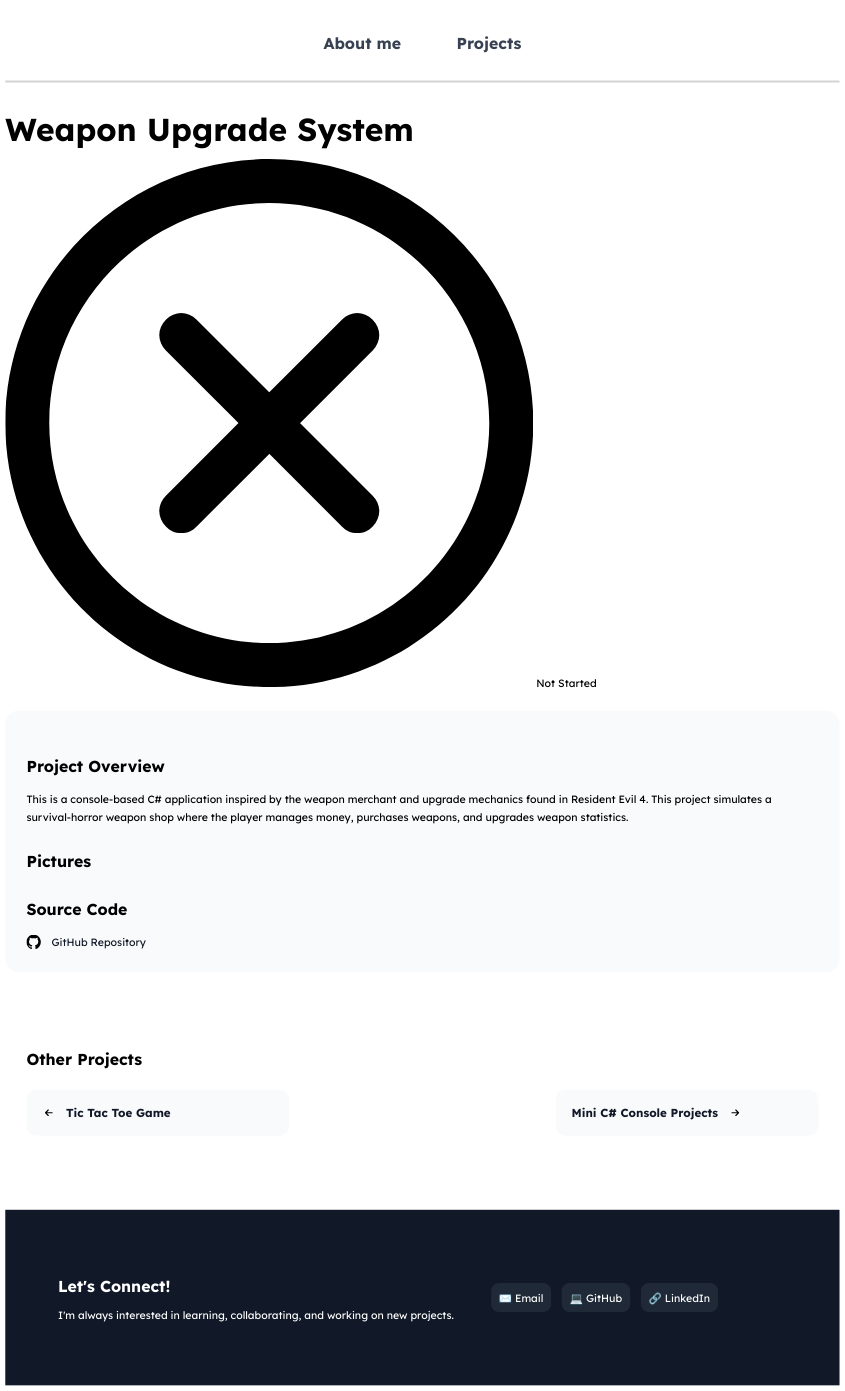
Repository: perrybalaba/perrybalaba
Page: pages/weapon-upgrade.html
The author's editor kept a copy of each file at every save. The page is drawn from the files as they stood at one save, then again after the next save.
The browser window is 1280 px wide. The pictures show the whole page, at 66% of full size.

Above is the page before, as saved 2026-05-14 20:08:08.

### pages/weapon-upgrade.html
<!DOCTYPE html>
<html lang="en">
<head>
    <meta charset="UTF-8">
    <meta name="viewport" content="width=device-width, initial-scale=1.0">
    <title> Perry's Portfolio </title>
    <link rel="stylesheet" href="../styles/projects.css"/>
    <link rel="stylesheet" href="../styles/globals.css"/>
</head>
<body>
    <main>
        <!-- NAVIGATION BAR -->
        <nav class="Nav-Bar">
            <ul>
                <li><a href="../index.html"> About me </a></li>
                <li><a href="../pages/weapon-upgrade.html"> Projects </a></li>
            </ul>
        </nav>
        <!-- INFO -->
        <div class="Project-Info">
            <div class="Project-Info-Container">
                <h2> Weapon Upgrade System </h2>
                <div class="Project-Stats">
                    <span class="Not-Started">
                        <img src="../assets/images/no-svgrepo-com.svg" alt="not-started"/>
                        Not Started
                    </span>
                </div>
                <div class="Project-Info-Card">
                    <h3> Project Overview </h3>
                        <p>
                            This is a console-based C# application inspired by the weapon merchant and upgrade mechanics
                            found in Resident Evil 4. This project simulates a survival-horror weapon shop where the player
                            manages money, purchases weapons, and upgrades weapon statistics.
                        </p>
                    <h3> Pictures </h3>
                    <h3> Source Code </h3>
                    <div class="GitHub-Repo">
                        <a href="">
                            <img src="../assets/images/github-142-svgrepo-com.svg" alt="github logo">
                            GitHub Repository
                        </a>
                    </div>
                </div>
            </div>

        </div>

        <!-- MORE PROJECTS -->
        <div class="Other-Projects">
            <h2> Other Projects </h2>
            <div class="Other-Projects-Container">
                <div class="Other-Projects-Card Left-Card">
                    <a href="./tic-tac-toe.html">
                    <img src="../assets/images/arrow-sm-left-svgrepo-com.svg">
                    Tic Tac Toe Game
                    </a>
                </div>

                <div class="Other-Projects-Card Right-Card">
                    <a href="./console-projects.html">
                        Mini C# Console Projects
                        <img src="../assets/images/arrow-sm-right-svgrepo-com.svg">
                    </a>
                </div>
            </div>
        </div>


        <!-- CONTACT -->
        <div class="Contact">
            <div class="Contact-Container">
                <div class="Contact-Text">
                    <h2> Let's Connect! </h2>
                    <p>
                        I'm always interested in learning, collaborating, and working on new projects.
                    </p>
                </div>

                <div class="Contact-Links">
                    <a href="mailto:balabaperry@gmail.com"> ✉️ Email</a>
                    <a href="https://github.com/perrybalaba"> 💻 GitHub </a>
                    <a href="https://www.linkedin.com/in/ann-karen-balaba-46b839387/"> 🔗 LinkedIn</a>
                </div>
            </div>
        </div>

    </main>
</body>
</html>

### styles/projects.css
/* NAVIGATION BAR */
.Nav-Bar {
    padding: 1rem;
    border-bottom: 3px solid lightgray;
}

nav ul {
    list-style: none;
    display: flex;
    justify-content: center;
    flex-wrap: wrap;
    gap: 2rem;
    padding: 0;
}

nav ul li a {
    display: block;
    text-align: center;
    padding: .75rem 1rem;
    text-decoration: none;
    color: #374151;
    font-weight: bold;
    padding: 10px;
    border-radius: 10px;
    font-size: 1rem;
    transition: 0.2s;
}

nav ul li a:hover {
    transform: scale(1.08);
    background-color: #f3f4f6;
    color: black;
}

/* PROJECT */
.Other-Projects {
    max-width: 1100px;
    margin: 0;
    padding: 2rem;
}

.Project-Info-Container h2 {
    font-size: 3rem;
    margin-bottom: 1rem;
}

.Project-Stats {
    display: flex;
    gap: 1rem;
    flex-wrap: wrap;
    margin-bottom: 2rem;
}

.Work-In-Progress {
    display: flex;
    align-items: center;
    gap: 6px;
    background-color: #fffaaf;
    padding: 10px;
    border-radius: 1000px;
    font-weight: bold;
}

.Work-In-Progress img {
    width: 20px;
    height: 20px;
}

.Completed {
    display: flex;
    align-items: center;
    gap: 6px;
    background-color: #b5e8a4;
    padding: 10px;
    border-radius: 1000px;
    font-weight: bold;
}

.Completed img {
    width: 20px;
    height: 20px;
}

.Project-Info-Card {
    background-color: #f9fafb;
    padding: 2rem;
    border-radius: 20px;
    line-height: 1.7;
}

.Project-Info-Card h3 {
    font-size: 1.5rem;
    margin-bottom: 1rem;
    margin-top: 2rem;
}

.GitHub-Repo a {
    text-decoration: none;
    color: #111827;
    display: flex;
    align-items: center;
    gap: 1rem;
    transition: 0.2s ease;
}

.GitHub-Repo a:hover {
    transform: scale(1.01);
}

.GitHub-Repo img {
    width: 22px;
    height: 22px;
}

/* OTHER PROJECTS */
.Other-Projects {
    margin-top: 4rem;
    max-width: 1200px;
    padding: 2rem;
}

.Other-Projects-Container {
    display: flex;
    flex-direction: column;
    gap: 1rem;
    margin-top: 2rem;
}

.Other-Projects h2 {
    margin-bottom: 2rem;
}

.Other-Projects-Card {
    background-color: #f9fafb;
    padding: 1.5rem;
    border-radius: 15px;
    width: 100%;
    transition: 0.2s ease;
}

.Other-Projects-Card:hover {
    transform: translateY(-5px);
    background-color: #f3f4f6;
}

.Other-Projects-Card a {
    text-decoration: none;
    color: #111827;
    font-weight: bold;
    font-size: 1.1rem;
    display:flex;
    align-items: center;
    gap: 1rem;
}

.Other-Projects-Card img {
    width: 20px;
    height: 20px;
    transition: transform 0.2s ease;
}

.Left-Card:hover img {
    transform: translateX(-5px);
}

.Right-Card:hover img {
    transform: translateX(5px);
}

/* CONTACT */
.Contact {
    background-color: #111827;
    color: white;
    padding: 5rem;
    margin-top: 5rem;
}

.Contact-Container {
    display: flex;
    justify-content: space-between;
    align-items: center;
    max-width: 1000px;
    margin: 0;
    flex-wrap: wrap;
    gap: 2rem;
}

.Contact-Links {
    display: flex;
    gap: 1rem;
    flex-wrap: wrap;
}

.Contact-Links a {
    text-decoration: none;
    background-color: #1F2937;
    color: white;
    padding: 12px;
    border-radius: 12px;
    transition: 0.2s ease;
}

.Contact-Links a:hover {
    background-color: #374151;
    transform: scale(1.03);
}

### styles/globals.css
/* FONTS */
@font-face {
    font-family: "NotoSans";
    src: url(../assets/fonts/Noto_Sans/NotoSans-VariableFont_wdth\,wght.ttf);
}

@font-face {
    font-family: "Lexend";
    src: url(../assets/fonts/Lexend_Deca\,Noto_Sans/Lexend_Deca/LexendDeca-VariableFont_wght.ttf);
}

.Home-Header {
    font-family: "NotoSans";
}

.Nav-Bar {
    font-family: "Lexend";
}

main {
    font-family: "Lexend";
}

/* TABLET DESIGN */
@media (min-width: 768px) {
    /* NAVIGATION BAR */
    nav ul li a {
        font-size: 1.3rem;
    }

    /* HEADER */
    .Home-Header {
        font-size: 2.2rem;
    }

    /* ABOUT ME */
    .Info {
        flex-direction: row;
        justify-content: center;
        align-items: center;
        gap: 2rem;
        padding: 2rem;
    }

    .Description {
        width: 60%;
        max-width: 600px;
    }

    .Info img {
        max-width: 300px;
        width: 40%;
    }

    /* SKILLS */
    .Skill-Card {
        width: 260px;
    }

    .Skill-Icons img {
        width: 50px;
        height: 50px;
    }

    /* OTHER PROJECTS */
    .Other-Projects-Container {
        flex-direction: row;
        justify-content: space-between;
        align-items: center;
    }

    .Other-Projects-Card {
        width: 300px;
    }
}

/* DESKTOP */
@media (min-width: 1024px) {

    /* NAVIGATION */
    nav ul {
        gap: 4rem;
    }

    nav ul li a {
        font-size: 1.5rem;
    }

    /* ABOUT ME */
    .Info {
        gap: 5rem;
        padding: 4rem;
        justify-content: center;
        flex-direction: row;
        align-items: center;
    }

    .Description {
        max-width: 650px;
        font-size: 1.2rem;
        display: flex;
        flex-direction: column;
        align-items: center;
        justify-content: center;
        gap: 1rem;
    }

    .Info img {
        max-width: 500px;
    }

    .Home-Header {
        font-size: 4rem;
    }

    /* SKILLS */
    .Skill-Container {
        gap: 3rem;
    }

    .Skill-Card {
        width: 280px;
    }

    .Skill-Icons img {
        width: 80px;
        height: 80px;
    }

    /* SKILLS */
    .Projects-Container {
        display: flex;
        flex-direction: column;
        align-items: center;
    }

    .Project-Card {
        width: 100%;
        max-width: 850px;
        margin: 0 auto;
    }

    /* OTHER PROJECTS */
    .Other-Projects-Container {
        justify-content: space-between;
        align-items: center;
    }

    .Other-Projects-Card {
        width: 350px;
        padding: 1.5rem;
    }

    .Other-Projects-Card a {
        font-size: 1.1rem;
    }
}

After the next save:
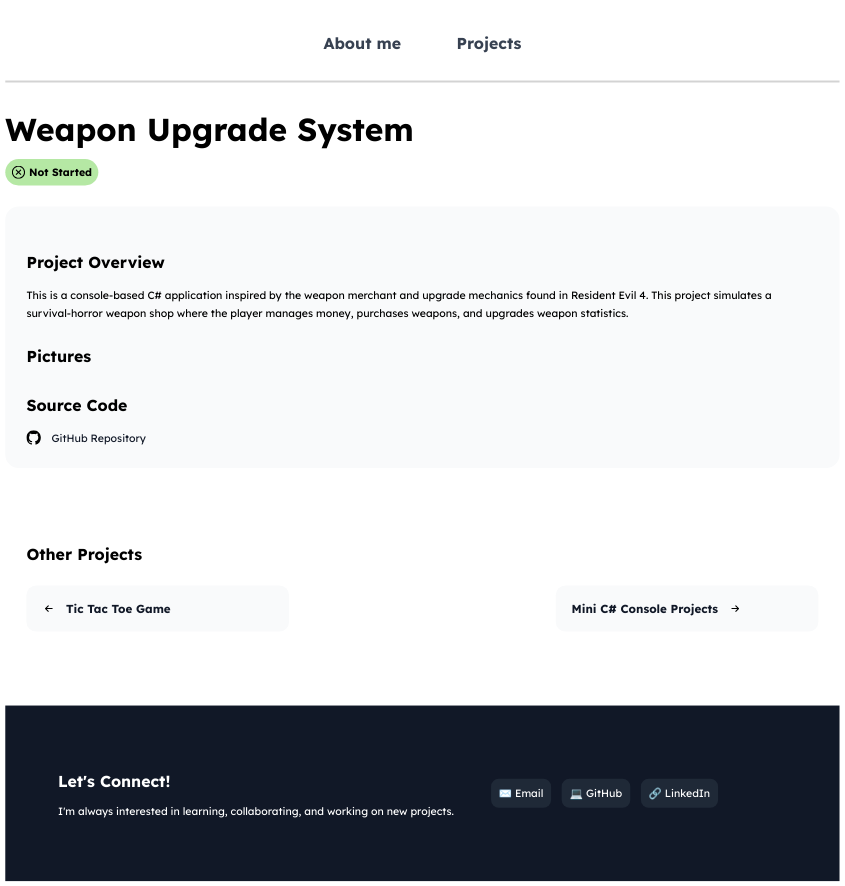
Saved 35 s later.
--- a/styles/projects.css
+++ b/styles/projects.css
@@ -77,6 +77,21 @@ nav ul li a:hover {
 }
 
 .Completed img {
+    width: 20px;
+    height: 20px;
+}
+
+.Not-Started {
+    display: flex;
+    align-items: center;
+    gap: 6px;
+    background-color: #b5e8a4;
+    padding: 10px;
+    border-radius: 1000px;
+    font-weight: bold;
+}
+
+.Not-Started img {
     width: 20px;
     height: 20px;
 }
